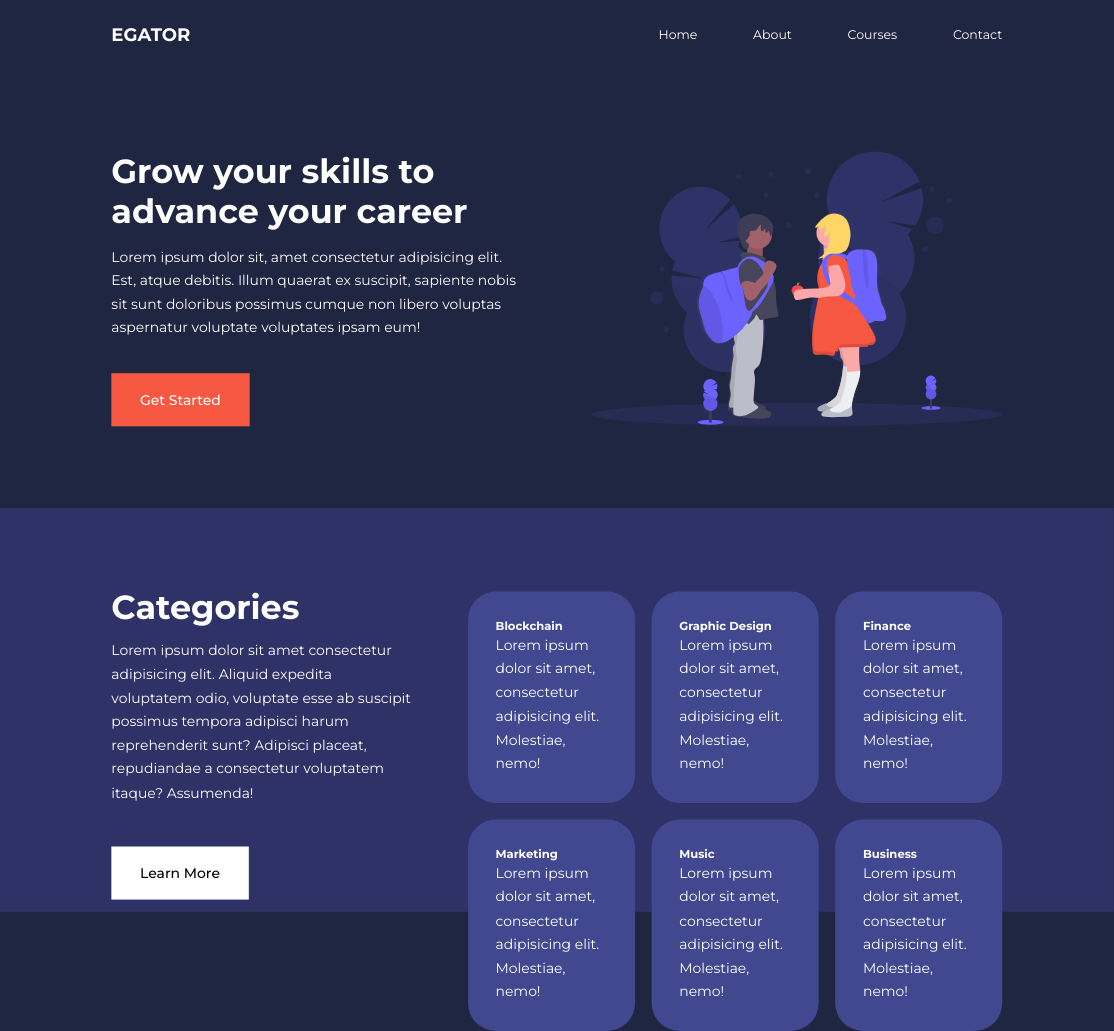
Repository: QUANGTHAI2003/education-web
Page: index.html
An editor plug-in stored every save of this project. The page is shown before and after the next save, followed by the edit.
The browser window is 1280 px wide. The pictures show the whole page, at 87% of full size.
Some icons come from a web library that is not loaded, so they are not drawn.

Above is the page before, as saved 2022-03-11 11:56:12.

After the next save:
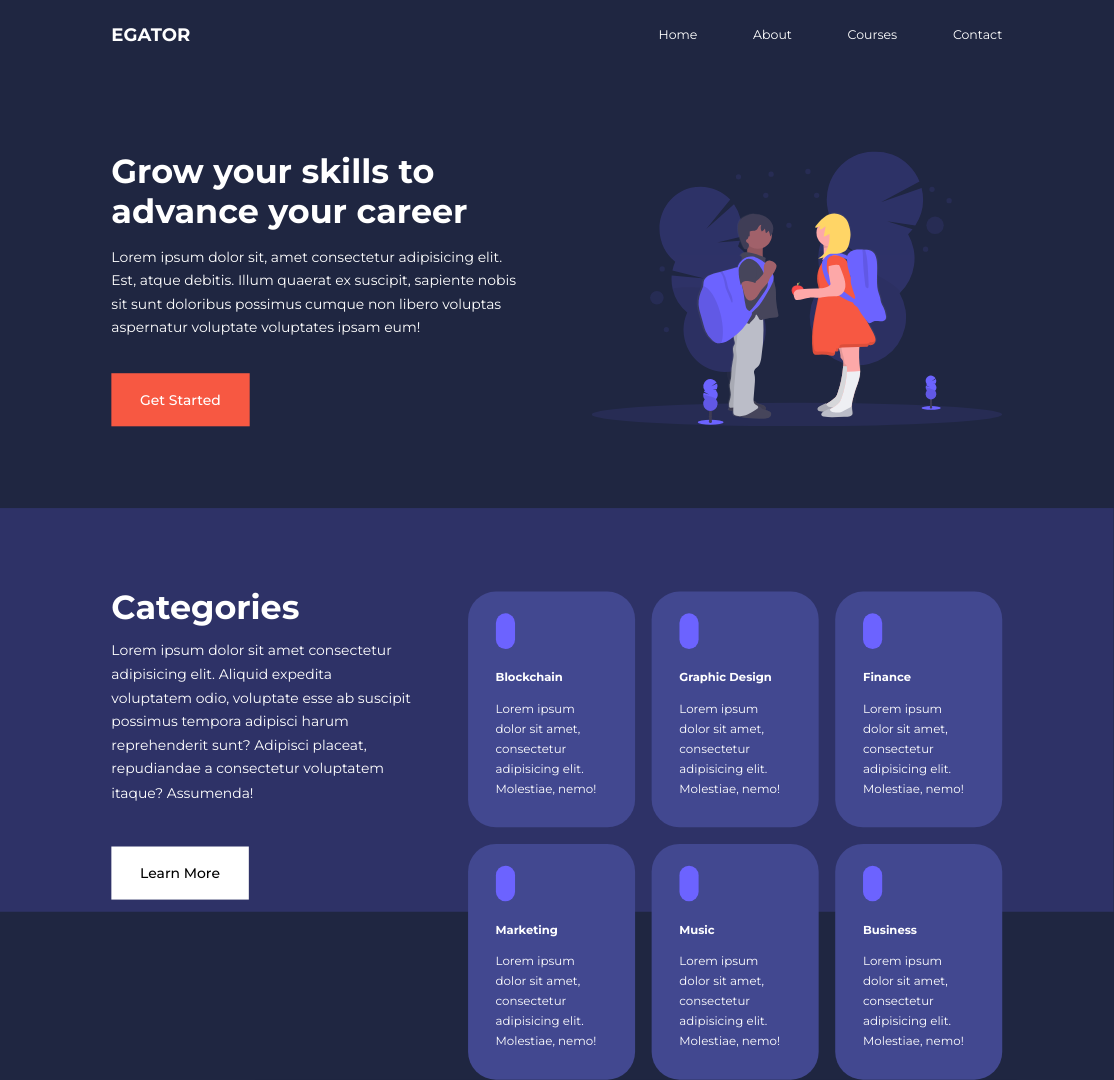
Saved 113 s later.
--- a/css/style.css
+++ b/css/style.css
@@ -199,4 +199,19 @@ header {
 
 .category:hover {
     box-shadow: 0 3rem 3rem rgba(0, 0, 0, 0.3);
-}
+    z-index: 1;
+}
+
+.category__icon {
+    background: var(--color-primary);
+    padding: 0.7rem;
+    border-radius: 0.9rem;
+}
+
+.category h5 {
+    margin: 2rem 0 1rem;
+}
+
+.category p {
+    font-size: 0.85rem;
+}
